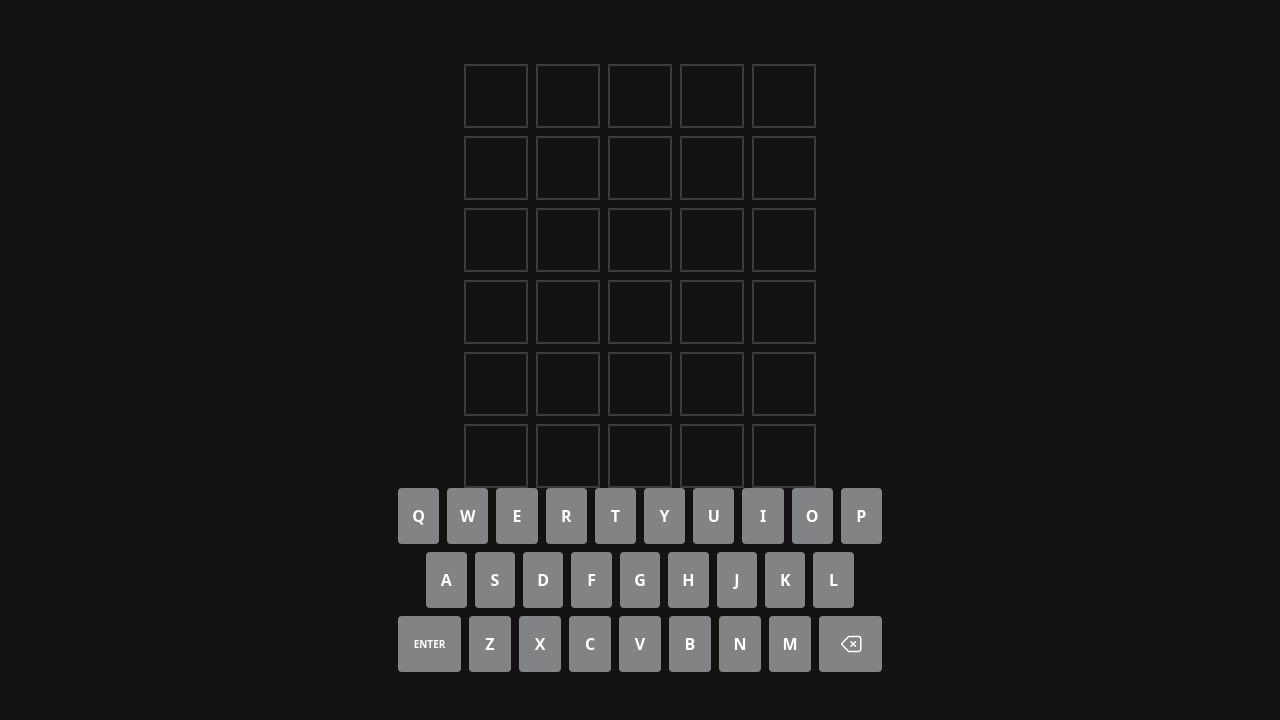
Repository: maxempolk/wordle-app
Page: / (app in frontend/)
These files come from the project's save history. The page is drawn as it stood at one moment and after the next save; the edit follows.
The browser window is 1280 px wide. The pictures show the whole page.
The project was rebuilt for these pictures with package versions that can differ from the ones it lists, and the page was loaded fresh each time. Also part of the build but not shown: frontend/vite.config.ts.

Above is the page before, as saved 2025-02-20 16:10:06.

After the next save:
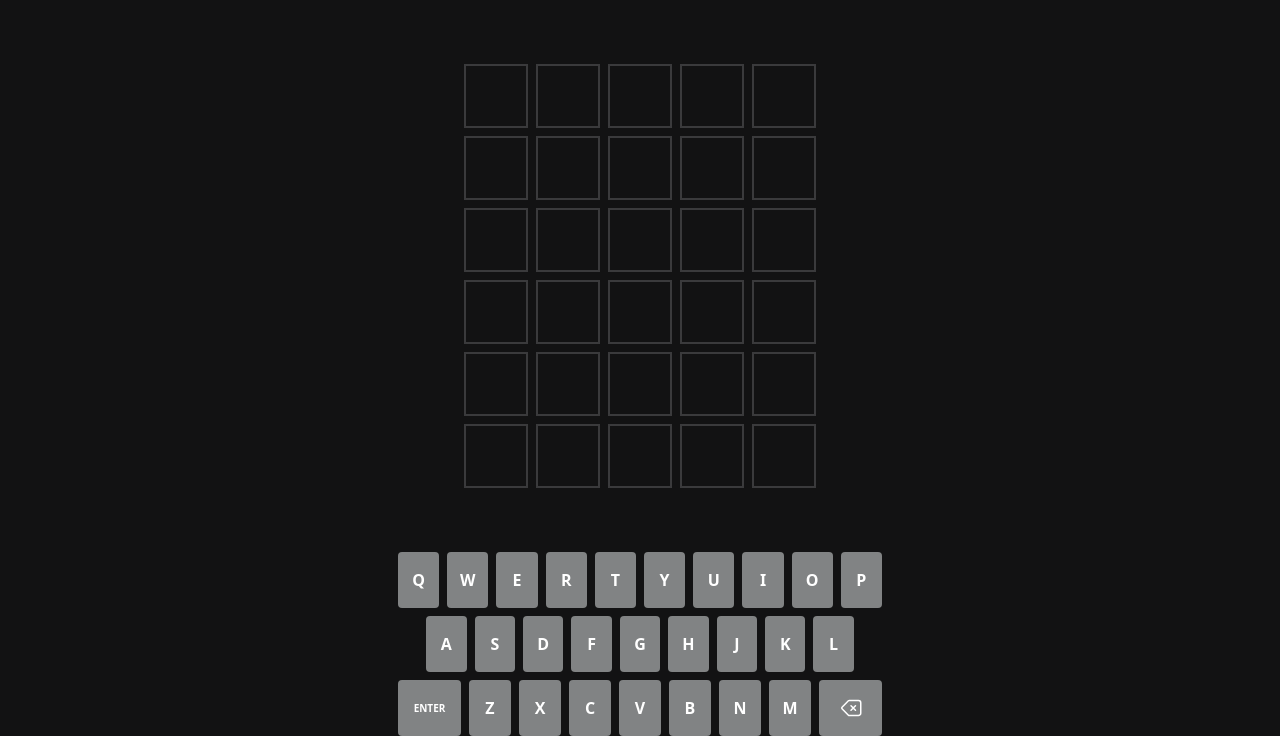
Saved 20 s later.
--- a/frontend/src/App.vue
+++ b/frontend/src/App.vue
@@ -99,7 +99,7 @@ const rawData = computed(() => {
     <div class="grid gap-2 grid-cols-5 w-fit">
       <theLetter v-for="i in 30" :key="i" :model-value="rawData[i - 1]" ref="letter" />
     </div>
-    <theKeyboard @enterWord="enterWord" @backspace="popLetter" />
+    <theKeyboard @enterWord="enterWord" @backspace="popLetter" class="sm:mt-16" />
   </div>
 </template>
 
